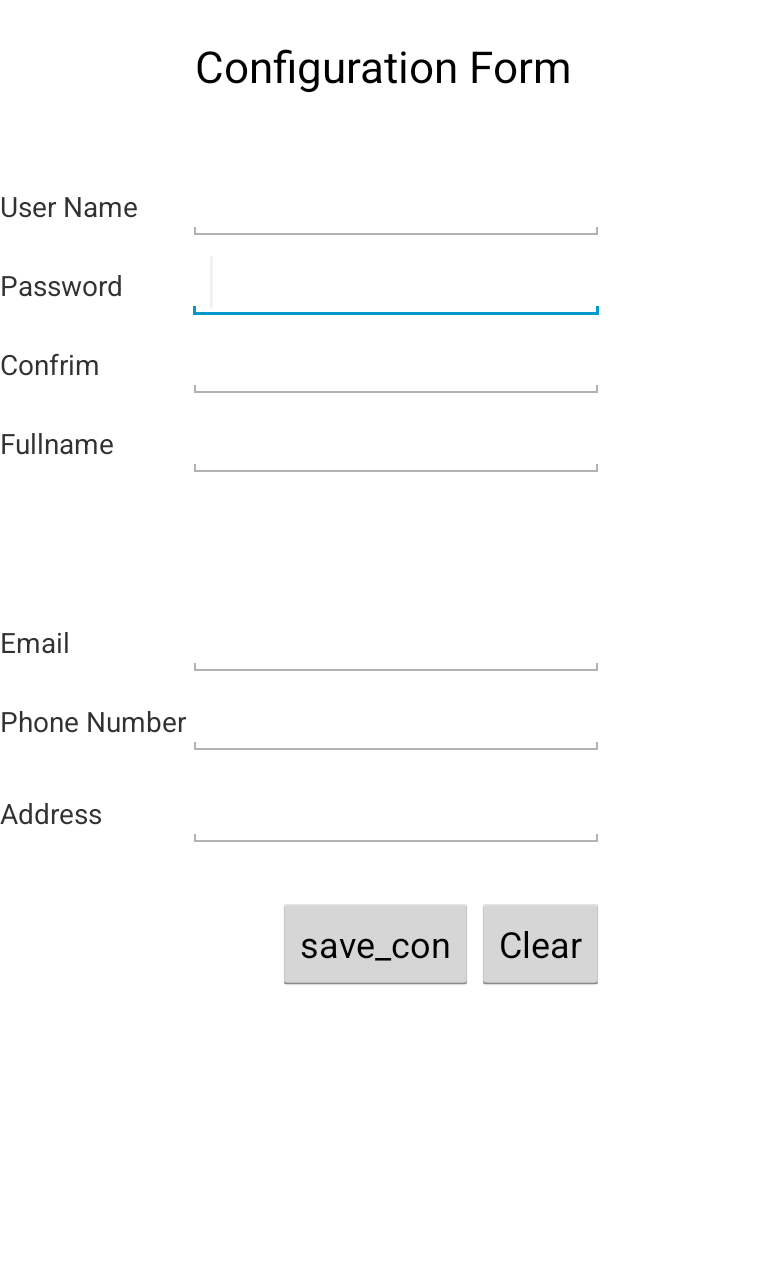
Repository: VanThi/Smart_Order
Layout: Project OS/Project_SO/res/layout/customer_configuration.xml
These files come from the project's save history. The layout is drawn as it stood at one moment and after the next save; the edit follows.
It is drawn on a 768 x 1280 px phone screen (xhdpi) without system bars, with theme AppTheme; the app's code is not run.

Above is the layout before, as saved 2013-11-06 05:11:20.

### Project OS/Project_SO/res/layout/customer_configuration.xml
<?xml version="1.0" encoding="utf-8"?>
<RelativeLayout xmlns:android="http://schemas.android.com/apk/res/android"
    android:layout_width="match_parent"
    android:layout_height="match_parent"
    android:orientation="vertical" >

    <TextView
        android:id="@+id/registerForm"
        android:layout_width="wrap_content"
        android:layout_height="wrap_content"
        android:layout_alignParentTop="true"
        android:layout_centerHorizontal="true"
        android:layout_marginTop="18dp"
        android:text="Configuration Form"
        android:textAppearance="?android:attr/textAppearanceLarge" />

    <TextView
        android:id="@+id/tv_userName"
        android:layout_width="wrap_content"
        android:layout_height="wrap_content"
        android:layout_alignParentLeft="true"
        android:layout_below="@+id/registerForm"
        android:layout_marginTop="46dp"
        android:text="User Name" />

    <EditText
        android:id="@+id/et_userName_con"
        android:layout_width="wrap_content"
        android:layout_height="wrap_content"
        android:layout_alignBaseline="@+id/tv_userName"
        android:layout_alignBottom="@+id/tv_userName"
        android:layout_toRightOf="@+id/tv_phoneNumber"
        android:ems="10" />

    <EditText
        android:id="@+id/et_password_con"
        android:layout_width="wrap_content"
        android:layout_height="wrap_content"
        android:layout_alignLeft="@+id/et_userName_con"
        android:layout_below="@+id/et_userName_con"
        android:ems="10"
        android:inputType="textPassword" >

        <requestFocus />
    </EditText>

    <TextView
        android:id="@+id/tv_pass"
        android:layout_width="wrap_content"
        android:layout_height="wrap_content"
        android:layout_alignBaseline="@+id/et_password_con"
        android:layout_alignBottom="@+id/et_password_con"
        android:layout_alignParentLeft="true"
        android:text="Password" />

    <EditText
        android:id="@+id/et_comfrim_con"
        android:layout_width="wrap_content"
        android:layout_height="wrap_content"
        android:layout_below="@+id/et_password_con"
        android:layout_toRightOf="@+id/tv_phoneNumber"
        android:ems="10" />

    <EditText
        android:id="@+id/et_fullname_con"
        android:layout_width="wrap_content"
        android:layout_height="wrap_content"
        android:layout_alignLeft="@+id/et_comfrim_con"
        android:layout_below="@+id/et_comfrim_con"
        android:ems="10" />

    <TextView
        android:id="@+id/tv_fullName"
        android:layout_width="wrap_content"
        android:layout_height="wrap_content"
        android:layout_alignBaseline="@+id/et_fullname_con"
        android:layout_alignBottom="@+id/et_fullname_con"
        android:layout_alignParentLeft="true"
        android:text="Fullname" />

    <EditText
        android:id="@+id/et_email_con"
        android:layout_width="wrap_content"
        android:layout_height="wrap_content"
        android:layout_alignLeft="@+id/et_fullname_con"
        android:layout_centerVertical="true"
        android:ems="10" />

    <TextView
        android:id="@+id/tv_email"
        android:layout_width="wrap_content"
        android:layout_height="wrap_content"
        android:layout_alignBaseline="@+id/et_email_con"
        android:layout_alignBottom="@+id/et_email_con"
        android:layout_alignParentLeft="true"
        android:text="Email" />

    <EditText
        android:id="@+id/et_phoneNumber_con"
        android:layout_width="wrap_content"
        android:layout_height="wrap_content"
        android:layout_alignLeft="@+id/et_email_con"
        android:layout_below="@+id/et_email_con"
        android:ems="10" />

    <EditText
        android:id="@+id/et_address_con"
        android:layout_width="wrap_content"
        android:layout_height="wrap_content"
        android:layout_alignBaseline="@+id/tv_address"
        android:layout_alignBottom="@+id/tv_address"
        android:layout_alignLeft="@+id/et_phoneNumber_con"
        android:ems="10" />

    <TextView
        android:id="@+id/confrim"
        android:layout_width="wrap_content"
        android:layout_height="wrap_content"
        android:layout_alignBaseline="@+id/et_comfrim_con"
        android:layout_alignBottom="@+id/et_comfrim_con"
        android:layout_alignParentLeft="true"
        android:text="Confrim" />

    <TextView
        android:id="@+id/tv_address"
        android:layout_width="wrap_content"
        android:layout_height="wrap_content"
        android:layout_alignParentLeft="true"
        android:layout_below="@+id/et_phoneNumber_con"
        android:layout_marginTop="18dp"
        android:text="Address" />

    <Button
        android:id="@+id/clear_con"
        android:layout_width="wrap_content"
        android:layout_height="wrap_content"
        android:layout_alignBaseline="@+id/save_con"
        android:layout_alignBottom="@+id/save_con"
        android:layout_alignRight="@+id/et_password_con"
        android:text="Clear" />

    <Button
        android:id="@+id/save_con"
        android:layout_width="wrap_content"
        android:layout_height="wrap_content"
        android:layout_below="@+id/et_address_con"
        android:layout_marginTop="23dp"
        android:layout_toLeftOf="@+id/clear_con"
        android:text="save_con" />

    <TextView
        android:id="@+id/tv_phoneNumber"
        android:layout_width="wrap_content"
        android:layout_height="wrap_content"
        android:layout_alignBaseline="@+id/et_phoneNumber_con"
        android:layout_alignBottom="@+id/et_phoneNumber_con"
        android:layout_alignParentLeft="true"
        android:text="Phone Number" />

</RelativeLayout>

### Project OS/Project_SO/res/values/styles.xml
<resources>

    <!--
        Base application theme, dependent on API level. This theme is replaced
        by AppBaseTheme from res/values-vXX/styles.xml on newer devices.
    -->
    <style name="AppBaseTheme" parent="android:Theme.Light">
        <!--
            Theme customizations available in newer API levels can go in
            res/values-vXX/styles.xml, while customizations related to
            backward-compatibility can go here.
        -->
    </style>

    <style name="NoActionBar" parent="@android:style/Theme.Holo.NoActionBar">
        <!-- Inherits the Holo theme with no action bar; no other styles needed. -->
    </style>

    <!-- Application theme. -->
    <style name="AppTheme" parent="AppBaseTheme">
        <!-- All customizations that are NOT specific to a particular API-level can go here. -->
    </style>

    <style name="HeaderBG">
        <item name="android:layout_width">fill_parent</item>
        <item name="android:layout_height">60dp</item>
        <item name="android:background">@drawable/header_bg</item>
        <item name="android:orientation">horizontal</item>
    </style>

    <style name="HeaderText">
        <item name="android:textColor">#FFFFFF</item>
        <item name="android:textSize">22sp</item>
        <item name="android:textStyle">bold</item>
        <item name="android:ellipsize">end</item>
        <item name="android:gravity">center</item>
        <item name="android:singleLine">true</item>
        <item name="android:text">@string/app_name</item>
    </style>

    <style name="Background">
        <item name="android:layout_width">fill_parent</item>
        <item name="android:layout_height">fill_parent</item>
        <item name="android:background">@color/background</item>
        <item name="android:orientation">vertical</item>
    </style>

    <style name="BackgroundLogo">
        <item name="android:layout_width">350dp</item>
        <item name="android:layout_height">350dp</item>
        <item name="android:layout_alignParentBottom">true</item>
        <item name="android:layout_alignParentRight">true</item>
    </style>

    <style name="MENU">
        <item name="android:layout_width">fill_parent</item>
        <item name="android:layout_height">63dp</item>
        <item name="android:background">@drawable/menu_bg</item>
        <item name="android:gravity">center_vertical</item>
        <item name="android:padding">10dp</item>
        <item name="android:textColor">#FFFFFF</item>
        <item name="android:textSize">16sp</item>
    </style>

    <style name="TextDescription">
        <item name="android:textColor">@color/black</item>
        <item name="android:textSize">16sp</item>
        <item name="android:typeface">sans</item>
        <item name="android:textStyle">bold</item>
    </style>

    <style name="Text">
        <item name="android:textColor">@color/black</item>
        <item name="android:textSize">14sp</item>
        <item name="android:typeface">sans</item>
    </style>

    <style name="EditText">
        <item name="android:textColor">@color/black</item>
        <item name="android:textSize">14sp</item>
        <item name="android:typeface">sans</item>
        <item name="android:padding">5dp</item>
    </style>

    <style name="Button">
        <item name="android:padding">5dp</item>
        <item name="android:textStyle">bold</item>
        <item name="android:textColor">@color/white</item>
        <item name="android:textSize">14sp</item>
        <item name="android:background">@drawable/btn_bg</item>
        <item name="android:typeface">sans</item>
        <item name="android:layout_width">90dp</item>
        <item name="android:layout_height">40dp</item>
    </style>

    <style name="ButtonRight">
        <item name="android:padding">5dp</item>
        <item name="android:textStyle">bold</item>
        <item name="android:textColor">@color/white</item>
        <item name="android:textSize">14sp</item>
        <item name="android:background">@drawable/btn_bg</item>
        <item name="android:typeface">sans</item>
        <item name="android:layout_width">90dp</item>
        <item name="android:layout_height">40dp</item>
        <item name="android:layout_marginLeft">5dp</item>
    </style>

    <style name="CustomProgressBar" parent="android:Widget.ProgressBar.Horizontal">
        <item name="android:layout_width">200dp</item>
        <item name="android:layout_height">wrap_content</item>
        <item name="android:padding">5dp</item>
        <item name="android:layout_marginRight">10dp</item>
        <item name="android:indeterminateOnly">false</item>
        <item name="android:progressDrawable">@drawable/custom_progress_bar_horizontal</item>
        <item name="android:minHeight">10dip</item>
        <item name="android:maxHeight">20dip</item>
    </style>

    <style name="ProgressBarTitle">
        <item name="android:textColor">#514F4F</item>
        <item name="android:textSize">14sp</item>
        <item name="android:typeface">sans</item>
        <item name="android:layout_width">0dp</item>
        <item name="android:layout_height">wrap_content</item>
        <item name="android:layout_weight">1</item>
    </style>

    <style name="ProgressBarTotalTitle">
        <item name="android:textColor">#000000</item>
        <item name="android:textSize">15sp</item>
        <item name="android:typeface">sans</item>
        <item name="android:layout_width">0dp</item>
        <item name="android:layout_height">wrap_content</item>
        <item name="android:layout_weight">1</item>
    </style>

</resources>

Loaded but not shown: Project OS/Project_SO/res/values-v11/styles.xml (common file); Project OS/Project_SO/res/values-v14/styles.xml (common file)

After the next save:
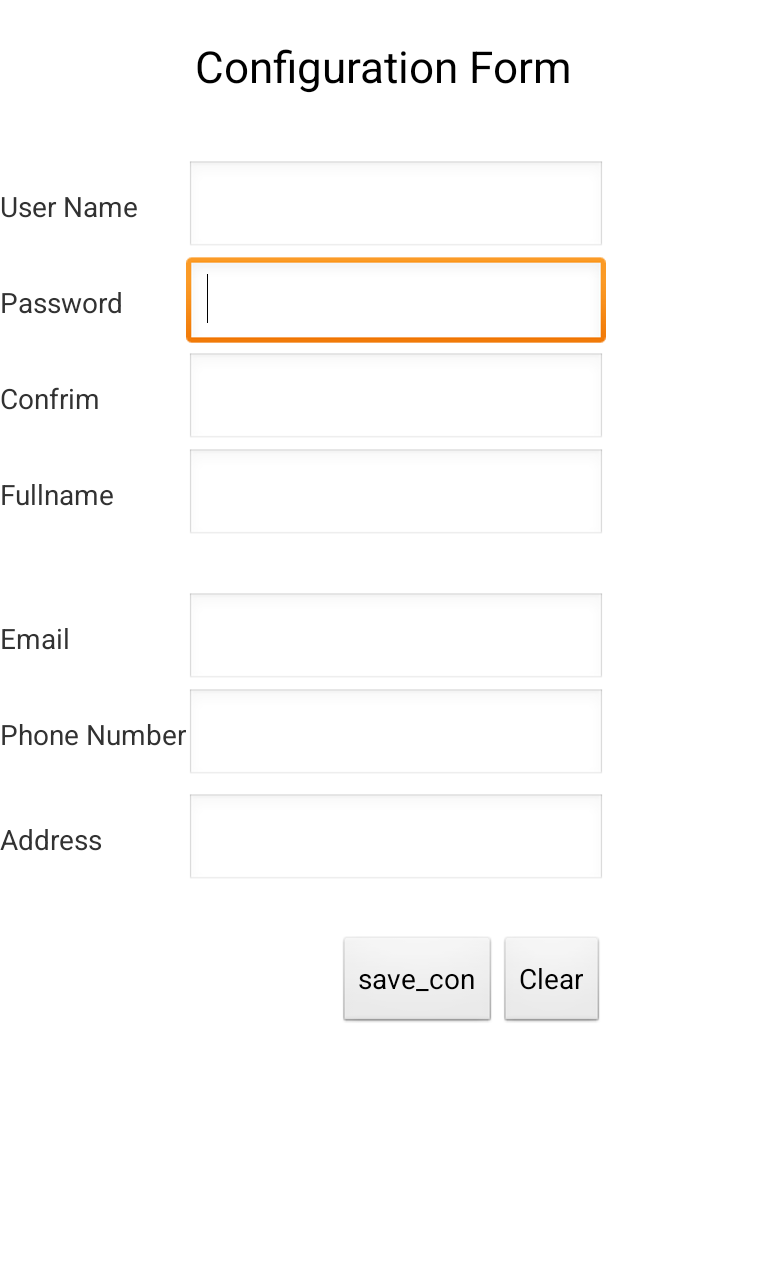
Saved 10 min 16 s later.
--- a/Project OS/Project_SO/res/layout/customer_configuration.xml
+++ b/Project OS/Project_SO/res/layout/customer_configuration.xml
@@ -2,6 +2,7 @@
 <RelativeLayout xmlns:android="http://schemas.android.com/apk/res/android"
     android:layout_width="match_parent"
     android:layout_height="match_parent"
+    android:theme="@android:style/Theme.Light.NoTitleBar.Fullscreen"
     android:orientation="vertical" >
 
     <TextView

After the 2 saves that followed:
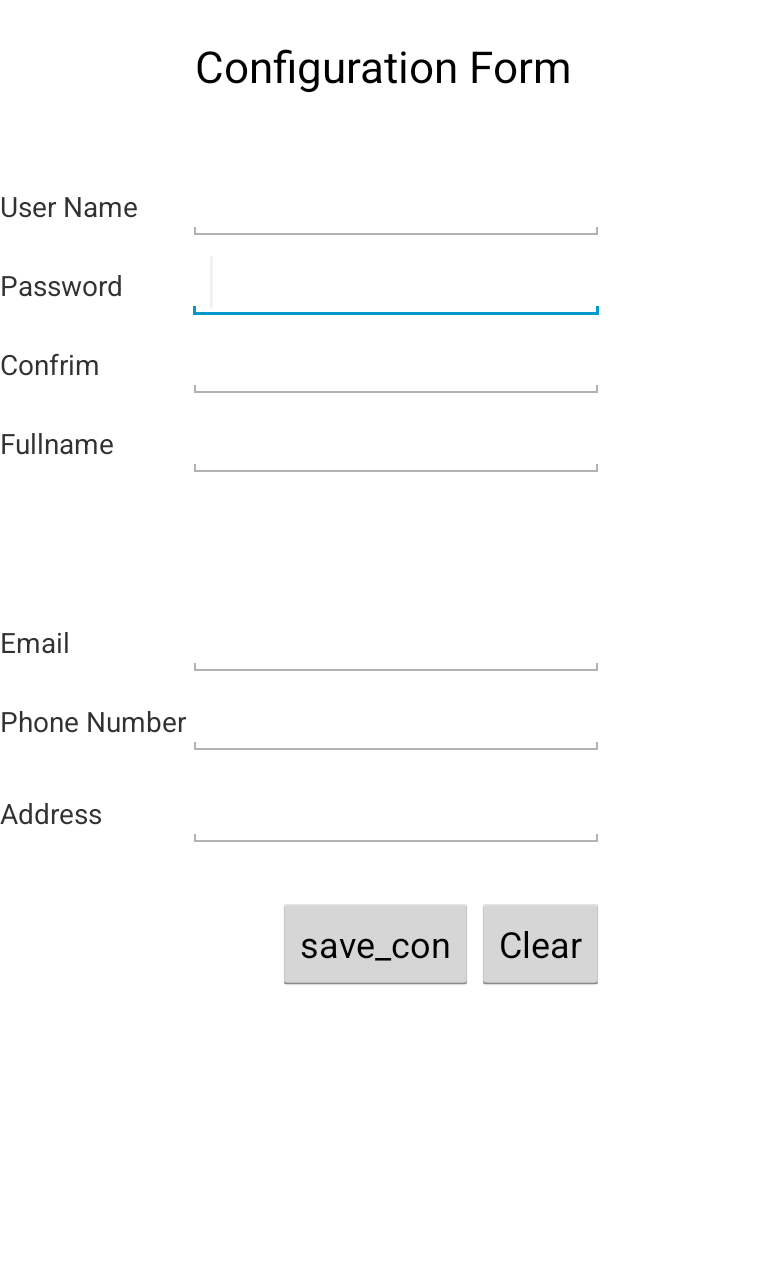
The 2 saves are shown as one change because 1 left the picture as it was.
The last was saved 107 s later.
--- a/Project OS/Project_SO/res/layout/customer_configuration.xml
+++ b/Project OS/Project_SO/res/layout/customer_configuration.xml
@@ -2,7 +2,6 @@
 <RelativeLayout xmlns:android="http://schemas.android.com/apk/res/android"
     android:layout_width="match_parent"
     android:layout_height="match_parent"
-    android:theme="@android:style/Theme.Light.NoTitleBar.Fullscreen"
     android:orientation="vertical" >
 
     <TextView
